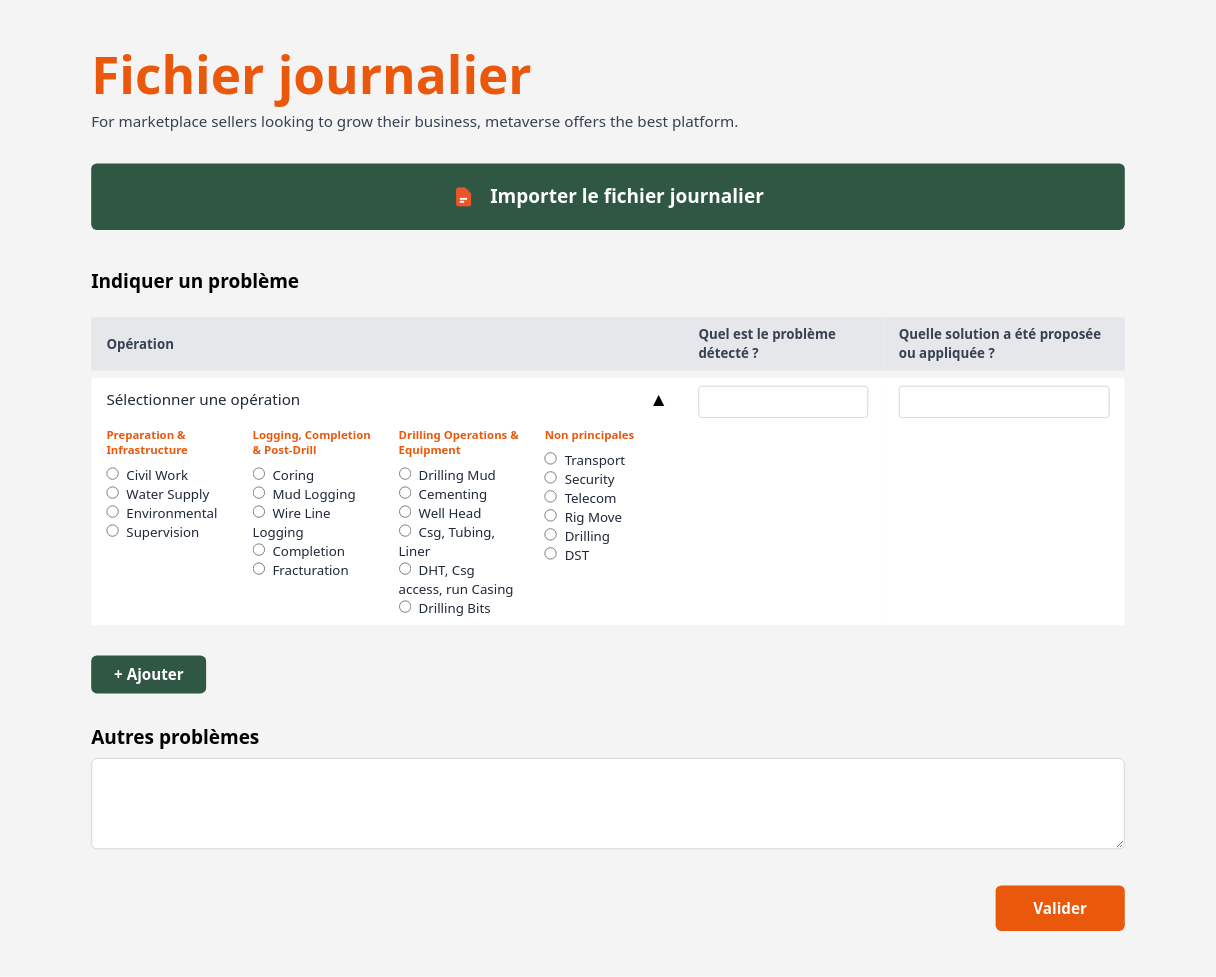
Repository: 123455675848484848484884848484/Projet_2cs
Page: /file (app in front/)
These files come from the project's save history. The page is drawn as it stood at one moment and after the next save; the edit follows.
The browser window is 1280 px wide. The pictures show the whole page, at 95% of full size.
The project was rebuilt for these pictures with package versions that can differ from the ones it lists, and the page was loaded fresh each time. Also part of the build but not shown: front/src/App.css, front/src/LancerPuit.jsx, front/src/InformationPuit.jsx, front/src/Login.jsx, front/src/MesPuits.jsx, front/src/PhasesPrevision.jsx, front/src/OperationsPrevision.jsx.

Above is the page before, as saved 2025-04-24 11:21:36.

After the next save:
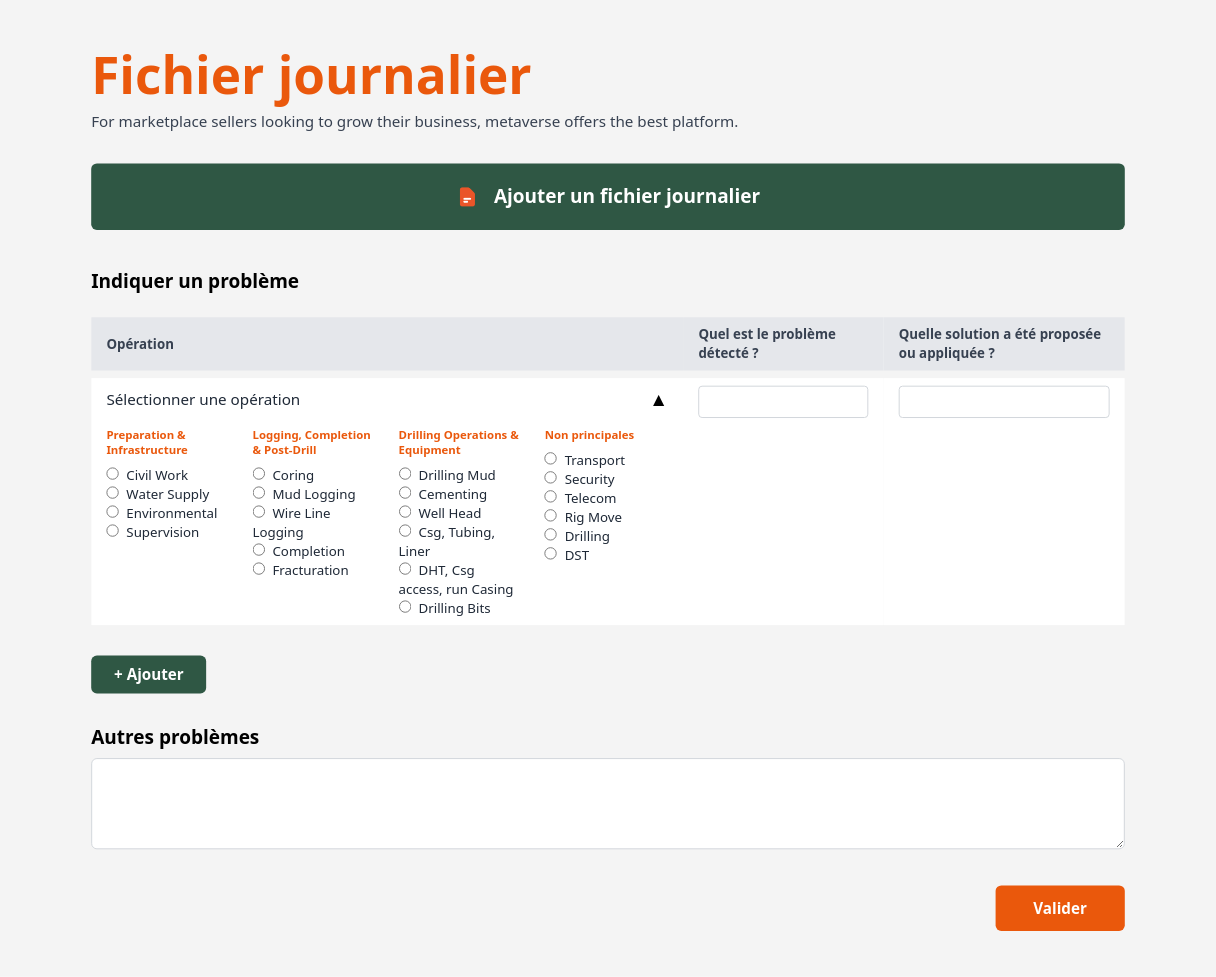
Saved 3 min 31 s later.
--- a/front/src/FichierJournalier.jsx
+++ b/front/src/FichierJournalier.jsx
@@ -2,10 +2,10 @@ import React, { useState } from "react";
 
 const FichierJournalier = () => {
   const [problems, setProblems] = useState([
-    { operation: [], probleme: "", solution: "" },
+    { operation: "", probleme: "", solution: "" },
   ]);
   const [autresProblemes, setAutresProblemes] = useState("");
-  const [selectedFile, setSelectedFile] = useState(null);
+  const [selectedFiles, setSelectedFiles] = useState([]);
   const [openRows, setOpenRows] = useState([true]);
 
   const handleChange = (index, field, value) => {
@@ -15,17 +15,19 @@ const FichierJournalier = () => {
   };
 
   const handleAddRow = () => {
-    setProblems([...problems, { operation: [], probleme: "", solution: "" }]);
+    setProblems([...problems, { operation: "", probleme: "", solution: "" }]);
     setOpenRows([...openRows, false]);
   };
 
   const handleSubmit = () => {
     console.log("Problèmes:", problems);
     console.log("Autres:", autresProblemes);
+    console.log("Fichiers:", selectedFiles);
   };
 
   const handleFileChange = (e) => {
-    setSelectedFile(e.target.files[0]);
+    const files = Array.from(e.target.files);
+    setSelectedFiles([...selectedFiles, ...files]);
   };
 
   const operationsGroups = [
@@ -69,11 +71,20 @@ const FichierJournalier = () => {
         For marketplace sellers looking to grow their business, metaverse offers the best platform.
       </p>
 
-      <label className="bg-[#2f5744] cursor-pointer text-white text-center text-[20px] font-semibold py-5 rounded-md flex justify-center items-center gap-4 mb-10">
-        <img src="/file.png" alt="icon" className="w-6 h-6" />
-        Importer le fichier journalier
-        <input type="file" className="hidden" onChange={handleFileChange} />
-      </label>
+      <div className="flex flex-col gap-2 mb-10">
+        <label className="bg-[#2f5744] cursor-pointer text-white text-[20px] font-semibold py-5 rounded-md flex justify-center items-center gap-4">
+          <img src="/file.png" alt="icon" className="w-6 h-6" />
+          Ajouter un fichier journalier
+          <input type="file" multiple className="hidden" onChange={handleFileChange} />
+        </label>
+        {selectedFiles.length > 0 && (
+          <ul className="text-sm text-gray-700 pl-2 list-disc">
+            {selectedFiles.map((file, index) => (
+              <li key={index}>{file.name}</li>
+            ))}
+          </ul>
+        )}
+      </div>
 
       <h2 className="text-xl font-semibold mb-4">Indiquer un problème</h2>
       <div className="overflow-x-auto mb-6">
@@ -98,7 +109,7 @@ const FichierJournalier = () => {
                     }}
                   >
                     <span className="text-gray-800">
-                      {row.operation.length > 0 ? row.operation[0] : "Sélectionner une opération"}
+                      {row.operation ? row.operation : "Sélectionner une opération"}
                     </span>
                     <span className="text-xl">{openRows[index] ? "▲" : "▼"}</span>
                   </div>
@@ -116,8 +127,8 @@ const FichierJournalier = () => {
                                 type="radio"
                                 name={`operation-${index}`}
                                 value={item}
-                                checked={row.operation[0] === item}
-                                onChange={(e) => handleChange(index, "operation", [e.target.value])}
+                                checked={row.operation === item}
+                                onChange={(e) => handleChange(index, "operation", e.target.value)}
                                 className="mr-2"
                               />
                               {item}
@@ -133,7 +144,7 @@ const FichierJournalier = () => {
                     type="text"
                     value={row.probleme}
                     onChange={(e) => handleChange(index, "probleme", e.target.value)}
-                    className="w-full border border-gray-300 rounded px-2 py-1 text-gray-800 focus:outline-none focus:ring-0 focus:border-orange-600"
+                    className="w-full border border-gray-300 rounded px-2 py-1 focus:outline-none focus:ring-0 focus:border-orange-600"
                   />
                 </td>
                 <td className="px-4 py-2 align-top">
@@ -141,7 +152,7 @@ const FichierJournalier = () => {
                     type="text"
                     value={row.solution}
                     onChange={(e) => handleChange(index, "solution", e.target.value)}
-                    className="w-full border border-gray-300 rounded px-2 py-1 text-gray-800 focus:outline-none focus:ring-0 focus:border-orange-600"
+                    className="w-full border border-gray-300 rounded px-2 py-1 focus:outline-none focus:ring-0 focus:border-orange-600"
                   />
                 </td>
               </tr>
@@ -159,7 +170,7 @@ const FichierJournalier = () => {
 
       <h2 className="text-xl font-semibold mb-2">Autres problèmes</h2>
       <textarea
-        className="w-full h-24 border border-gray-300 rounded-md p-3 mb-8 text-gray-800 focus:outline-none focus:ring-0 focus:border-orange-600"
+        className="w-full h-24 border border-gray-300 rounded-md p-3 mb-8 focus:outline-none focus:ring-0 focus:border-orange-600"
         placeholder=""
         value={autresProblemes}
         onChange={(e) => setAutresProblemes(e.target.value)}
